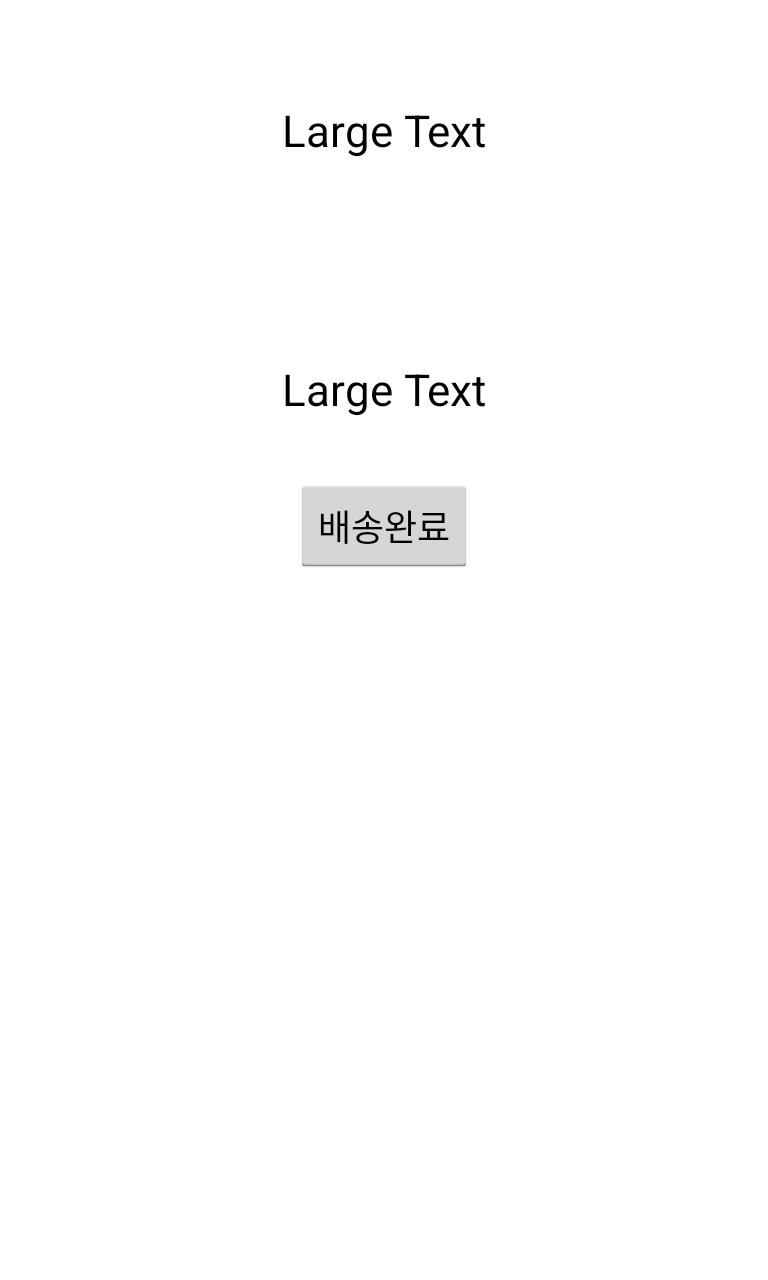
Repository: dev-sean/kosta
Layout: Wooriyo/wooriyo_and/wooriyo_and/res/layout/timer.xml
The author's editor kept a copy of each file at every save. The layout is drawn from the files as they stood at one save, then again after the next save.
It is drawn on a 768 x 1280 px phone screen (xhdpi) without system bars, with theme AppTheme; the app's code is not run.

Above is the layout before, as saved 2014-10-25 02:43:31.

### Wooriyo/wooriyo_and/wooriyo_and/res/layout/timer.xml
<?xml version="1.0" encoding="utf-8"?>
<LinearLayout xmlns:android="http://schemas.android.com/apk/res/android"
    android:layout_width="match_parent"
    android:layout_height="match_parent"
    android:orientation="vertical" >

    <TextView
        android:id="@+id/text_timer"
        android:layout_width="match_parent"
        android:layout_height="wrap_content"
        android:layout_marginTop="50dp"
        android:gravity="center"
        android:text="Large Text"
        android:textAppearance="?android:attr/textAppearanceLarge" />

    <TextView
        android:id="@+id/text_timerend"
        android:layout_width="match_parent"
        android:layout_height="wrap_content"
        android:layout_marginTop="100dp"
        android:gravity="center"
        android:text="Large Text"
        android:textAppearance="?android:attr/textAppearanceLarge" />

    <Button
        android:id="@+id/btn_timer_end"
        android:layout_width="wrap_content"
        android:layout_height="wrap_content"
        android:layout_gravity="center"
        android:layout_marginTop="30dp"
        android:text="배송완료" />

</LinearLayout>

Loaded but not shown: Wooriyo/wooriyo_and/wooriyo_and/res/values/styles.xml (common file); Wooriyo/wooriyo_and/wooriyo_and/res/values-v11/styles.xml (common file); Wooriyo/wooriyo_and/wooriyo_and/res/values-v14/styles.xml (common file)

After the next save:
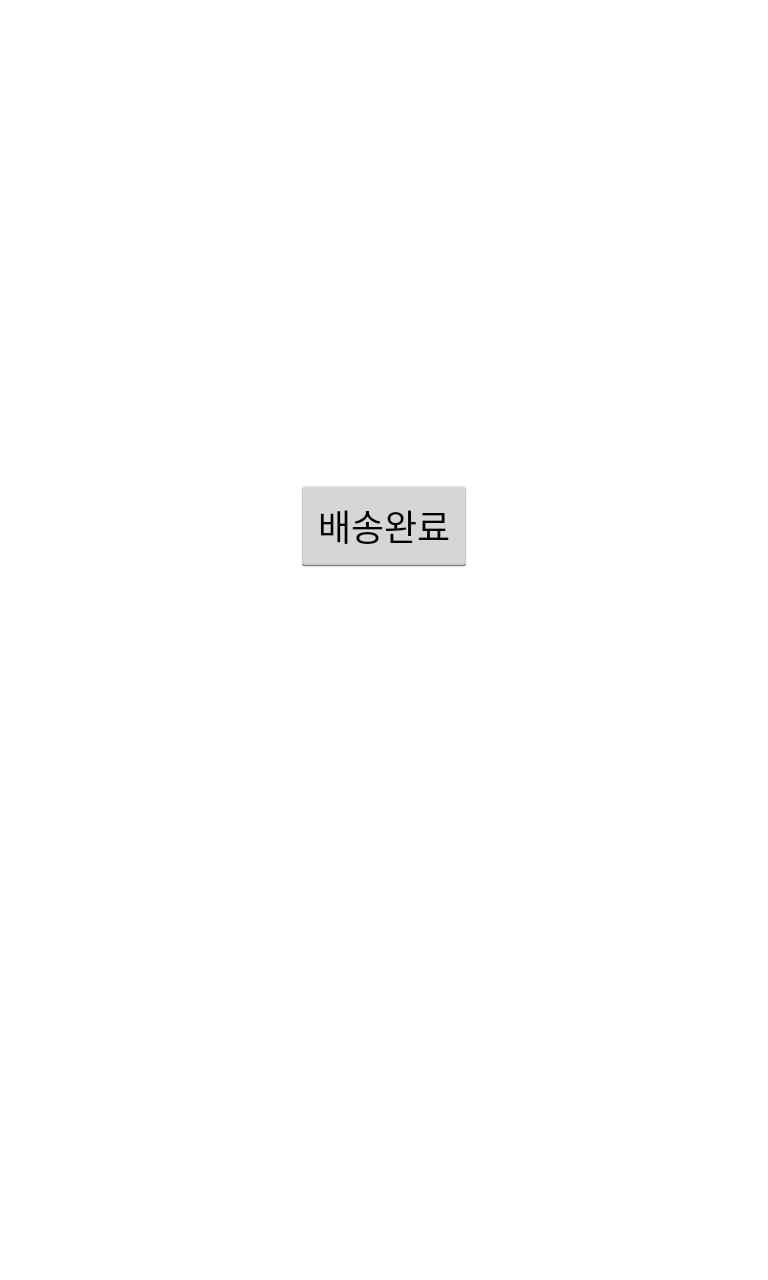
Saved 39 s later.
--- a/Wooriyo/wooriyo_and/wooriyo_and/res/layout/timer.xml
+++ b/Wooriyo/wooriyo_and/wooriyo_and/res/layout/timer.xml
@@ -10,7 +10,7 @@
         android:layout_height="wrap_content"
         android:layout_marginTop="50dp"
         android:gravity="center"
-        android:text="Large Text"
+
         android:textAppearance="?android:attr/textAppearanceLarge" />
 
     <TextView
@@ -19,7 +19,7 @@
         android:layout_height="wrap_content"
         android:layout_marginTop="100dp"
         android:gravity="center"
-        android:text="Large Text"
+
         android:textAppearance="?android:attr/textAppearanceLarge" />
 
     <Button
